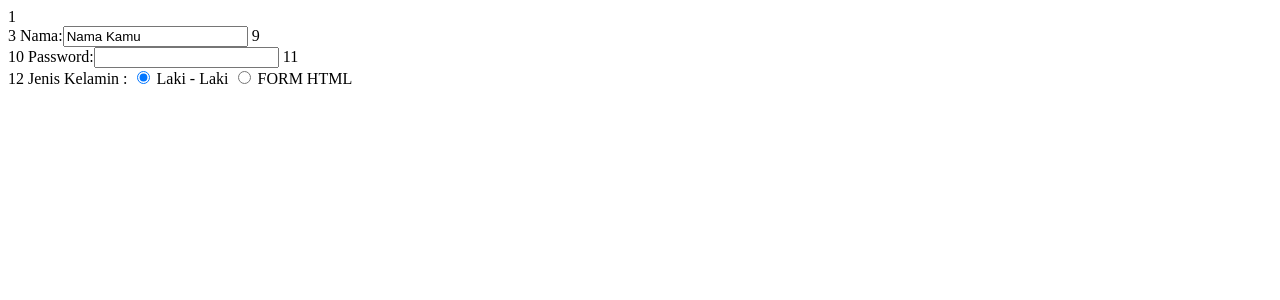
Repository: DejanAmru/dejan-praktikum
Page: modul-5/mod5.html
The author's editor kept a copy of each file at every save. The page is drawn from the files as they stood at one save, then again after a run of saves.
The browser window is 1280 px wide. The pictures show the whole page.

Above is the page before, as saved 2025-10-30 14:10:46.

After the next 2 saves:
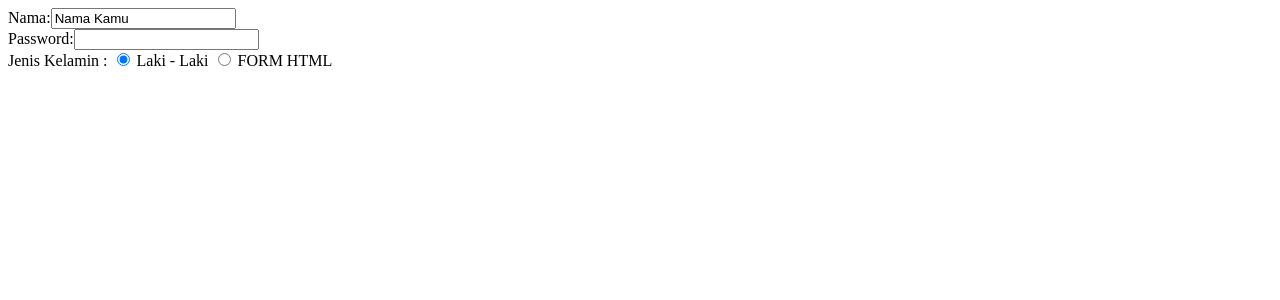
The 2 saves are shown as one change because they came seconds apart.
The last was saved 7 s later.
--- a/modul-5/mod5.html
+++ b/modul-5/mod5.html
@@ -1,16 +1,16 @@
-1 <!DOCTYPE html>
+ <!DOCTYPE html>
 <html>
 <head>
 <title>Belajar Membuat Form </title>
 </head>
 <body>
 <form action=" formulir.html" method="get">
-3 Nama:<input type="text" name="nama" value="Nama Kamu"/>
-9<br />
-10 Password:<input type="password" name="password"/>
-11 <br />
-12 Jenis Kelamin :
- <input type="radio" name="jenis_kelamin" value="laki-laki" checked />
+ Nama:<input type="text" name="nama" value="Nama Kamu"/>
+<br />
+ Password:<input type="password" name="password"/>
+ <br />
+ Jenis Kelamin :
+<input type="radio" name="jenis_kelamin" value="laki-laki" checked />
 Laki - Laki
 <input type="radio" name="jenis_kelamin" value="perempuan" />
 FORM HTML
